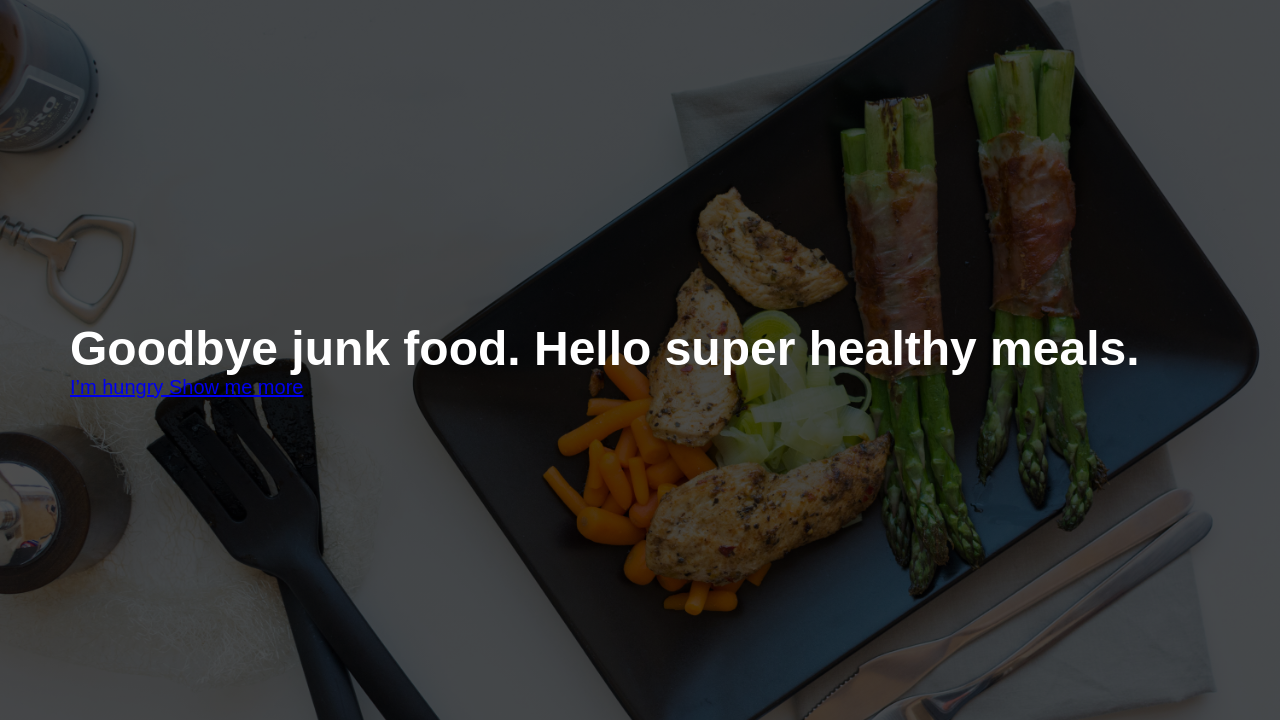
Repository: pboi18/E-Foods
Page: index.html
An editor plug-in stored every save of this project. The page is shown before and after the next save, followed by the edit.
The browser window is 1280 px wide. The pictures show the whole page.

Above is the page before, as saved 2020-07-09 21:50:49.

After the next save:
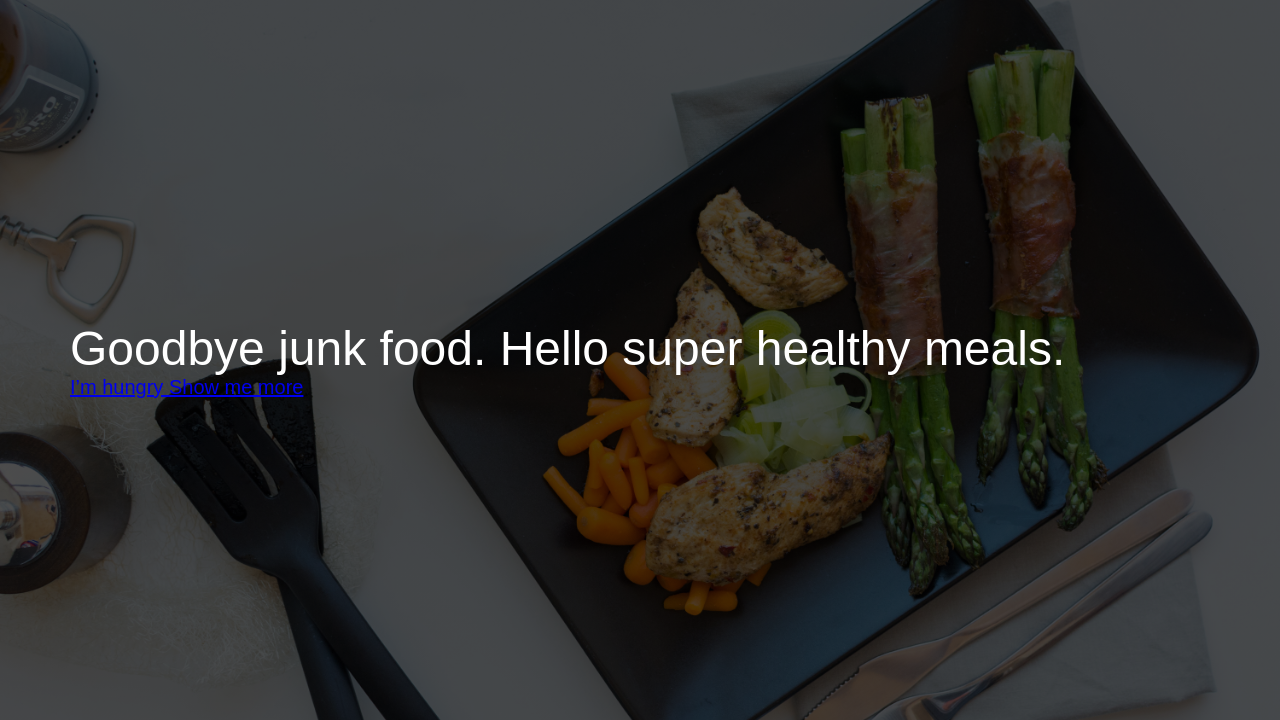
Saved 52 s later.
--- a/resources/css/style.css
+++ b/resources/css/style.css
@@ -38,4 +38,6 @@ h1 {
     margin: 0;
     color: #fff;
     font-size: 240%;
+    font-weight: 300;
+
 }
